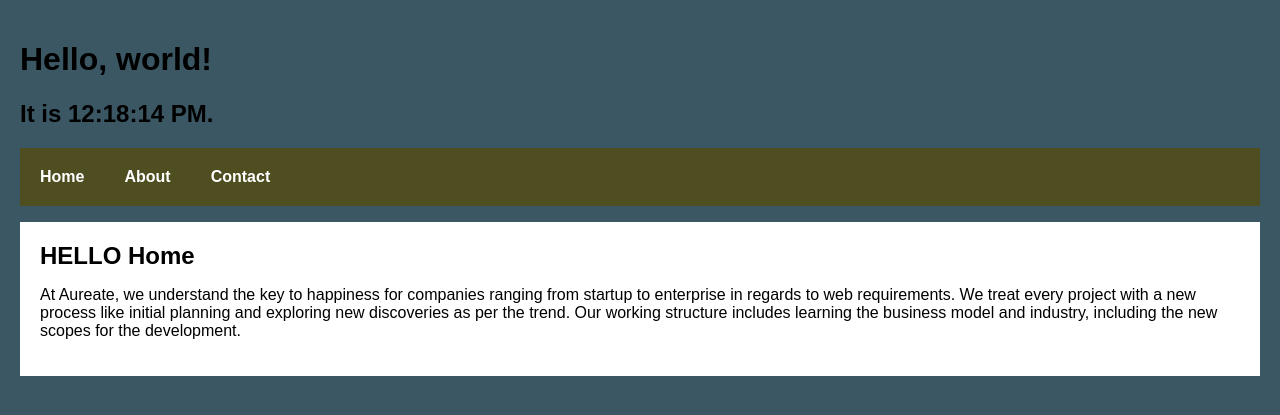
Repository: hardikaureate/React-Pages-Menu
Page: /
These files come from the project's save history. The page is drawn as it stood at one moment and after the next save; the edit follows.
The browser window is 1280 px wide. The pictures show the whole page.
The project was rebuilt for these pictures with package versions that can differ from the ones it lists, and the page was loaded fresh each time. Also part of the build but not shown: src/About.js, src/Contact.js.

Above is the page before, as saved 2020-10-09 14:55:56.

After the next save:
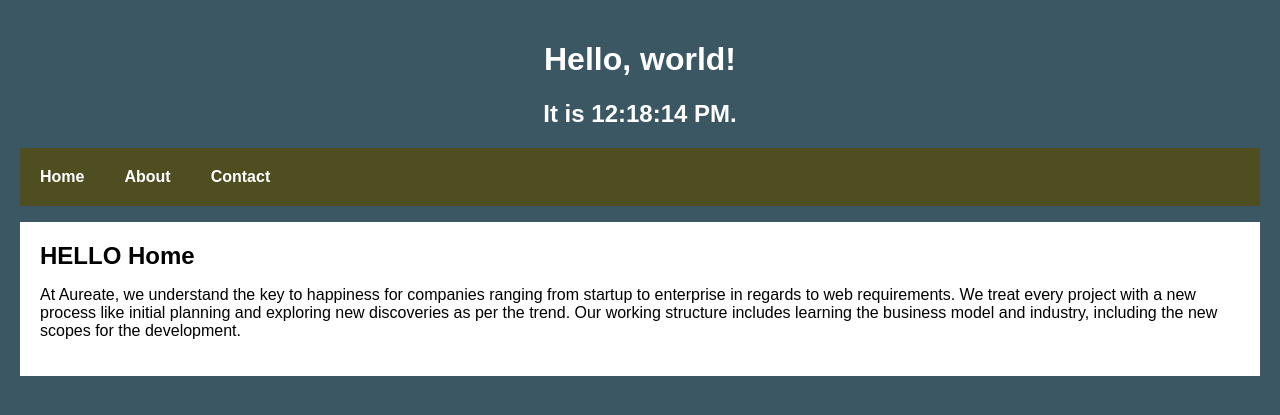
Saved 51 s later.
--- a/src/index.css
+++ b/src/index.css
@@ -48,3 +48,8 @@
 .active {
     background-color: #0099FF;
 }
+
+.common {
+    text-align: center;
+    color: #FFF;
+}
